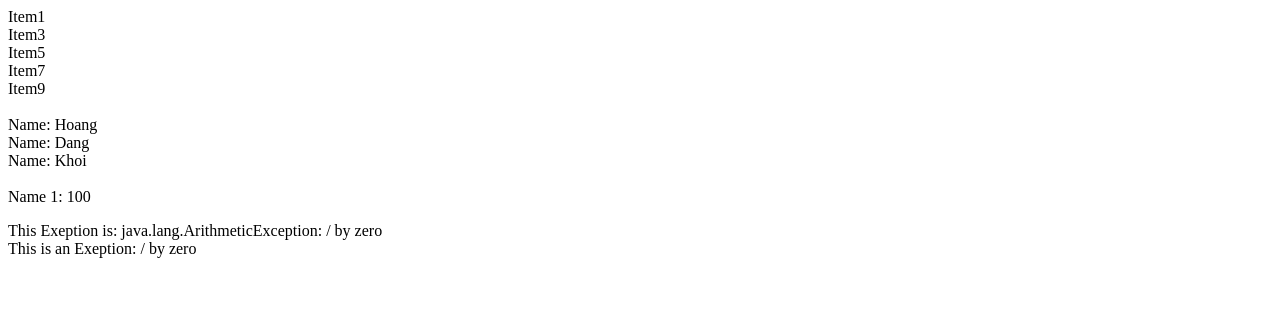
Repository: khoi140499/jsp
Page: http://localhost/JSP_EX2/
An editor plug-in stored every save of this project. The page is shown before and after the next save, followed by the edit.
The browser window is 1280 px wide. The pictures show the whole page.
The page is served by Tomcat 9.

Above is the page before, as saved 2020-03-02 13:52:39.

### JSP_EX2/WebContent/index.jsp
<%@ page language="java" contentType="text/html; charset=utf-8"
    pageEncoding="utf-8"%>
<%@ taglib prefix = "c" uri = "http://java.sun.com/jsp/jstl/core" %>
<!DOCTYPE html PUBLIC "-//W3C//DTD HTML 4.01 Transitional//EN" "http://www.w3.org/TR/html4/loose.dtd">
<html>
<head>
<meta http-equiv="Content-Type" content="text/html; charset=utf-8">
<title>Insert title here</title>
</head>
<body>
	<c:forEach var="i" begin="1" end="10" step="2">
		Item<c:out value="${i}">
		</c:out><br>
	</c:forEach><br>
	<c:forTokens items="Hoang,Dang,Khoi" delims="," var="name">
		Name: <c:out value="${name}"></c:out><br>
	</c:forTokens><br>
	<c:set var="name" scope="session" value="${100}"/>
		Name 1: <c:out value="${name}"/>
	<c:catch var="catchExeption">
			<% int i=5/0; %>
	</c:catch>
	<c:if test="${catchExeption != null}" >
	    	<p> This Exeption is: ${catchExeption}<br>
	    	This is an Exeption: ${catchExeption.message}</p>
 </c:if>
</body>
</html>

After the next save:
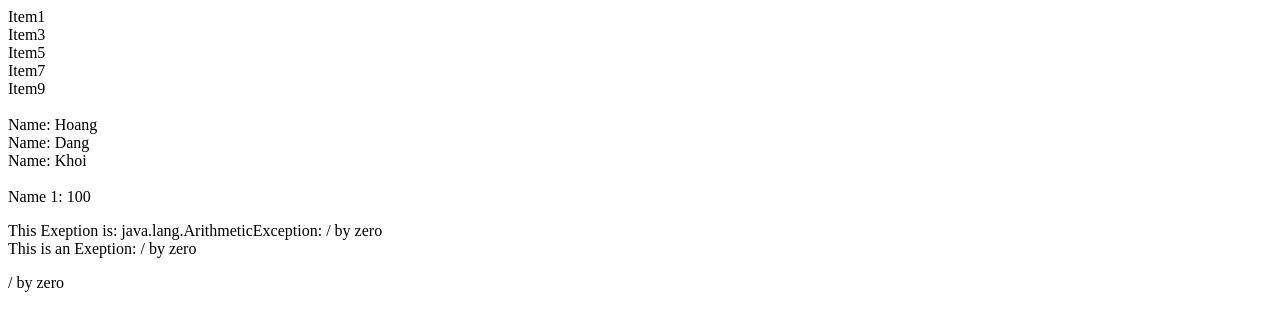
Saved 11 min 41 s later.
--- a/JSP_EX2/WebContent/index.jsp
+++ b/JSP_EX2/WebContent/index.jsp
@@ -23,6 +23,15 @@
 	<c:if test="${catchExeption != null}" >
 	    	<p> This Exeption is: ${catchExeption}<br>
 	    	This is an Exeption: ${catchExeption.message}</p>
+	<p>
+		<%
+			try{
+				int i=5/0;
+			}catch(Exception e){
+				out.print(e.getMessage());
+			}
+		%>
+	</p>
  </c:if>
 </body>
 </html>
